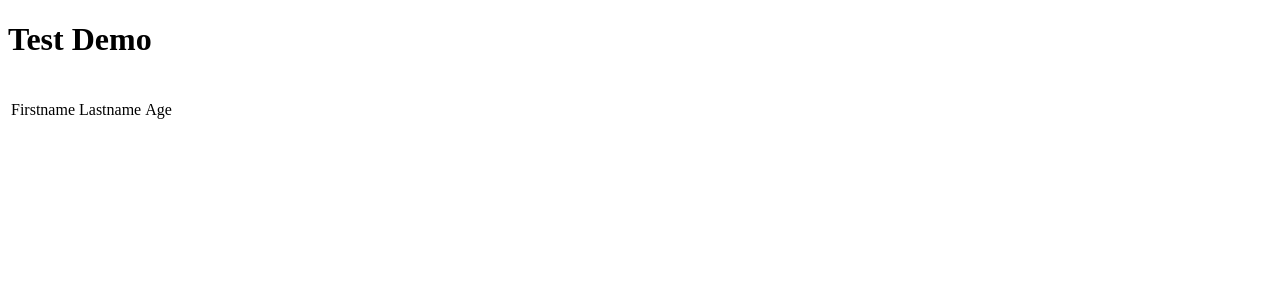
Repository: cavidk/taco_shop-web
Page: <!DOCTYPE html>.html
An editor plug-in stored every save of this project. The page is shown before and after the next save, followed by the edit.
The browser window is 1280 px wide. The pictures show the whole page.

Above is the page before, as saved 2024-06-07 11:53:02.

After the next save:
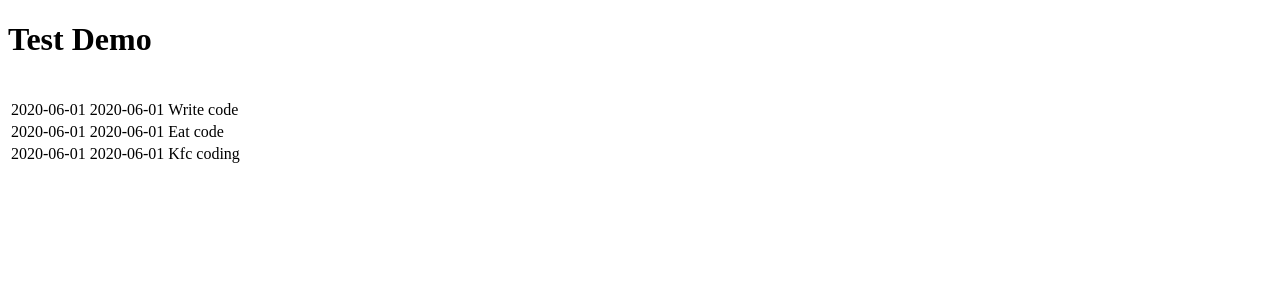
Saved 5 min 48 s later.
--- a/<!DOCTYPE html>.html
+++ b/<!DOCTYPE html>.html
@@ -12,10 +12,28 @@
 
    <table>
    <tr>
-      <td>Firstname</td>
-      <td>Lastname</td>
-      <td>Age</td>
+      <td>
+         <time datetime="2020-06-01">2020-06-01</time>
+         <time datetime="11:00">2020-06-01</datetime>
+      </td>
+      <td>Write code</td>
       </tr>
+
+      <tr>
+         <td>
+            <time datetime="2020-06-01">2020-06-01</time>
+            <time datetime="11:00">2020-06-01</datetime>
+         </td>
+         <td>Eat code</td>
+         </tr>
+
+         <tr>
+            <td>
+               <time datetime="2020-06-01">2020-06-01</time>
+               <time datetime="11:00">2020-06-01</datetime>
+            </td>
+            <td>Kfc coding</td>
+            </tr>
    </table>
 
 </body>
